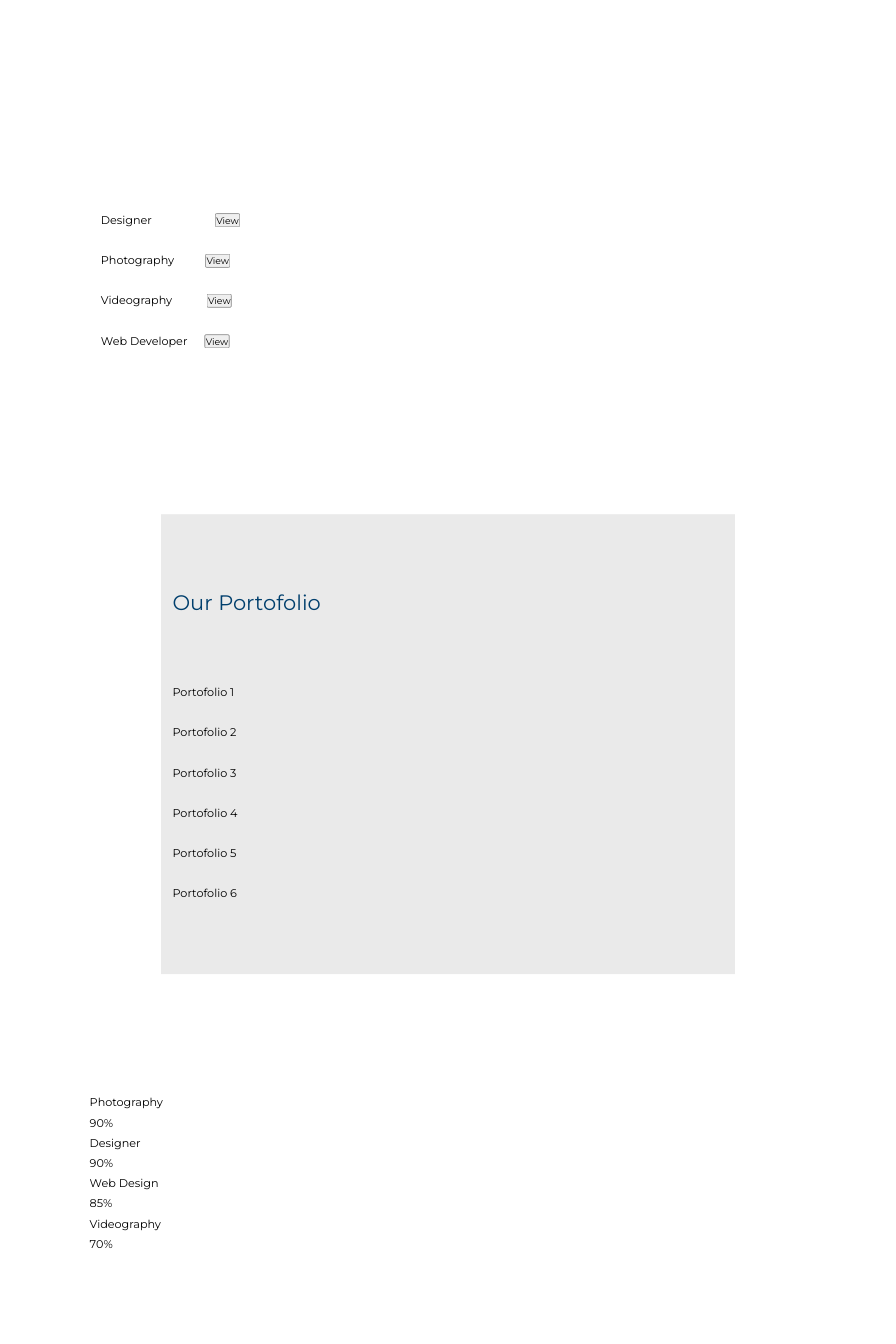
Repository: Ryuzuky07/expweb_movie
Page: HTML/movie1.html
The author's editor kept a copy of each file at every save. The page is drawn from the files as they stood at one save, then again after a run of saves.
The browser window is 1280 px wide. The pictures show the part of the page from y = 892 to 2812 px (the page is 2812 px tall before and 1652 px after), at 70% of full size.
Some web libraries are served in a nearby version.

Above is the page before, as saved 2021-11-26 11:17:24.
Console error: TypeError: Cannot read properties of undefined (reading 'style')
Not found: TempatFoto/girl.jpeg
Not found: TempatFoto/yellow.jpg

After the next 3 saves:
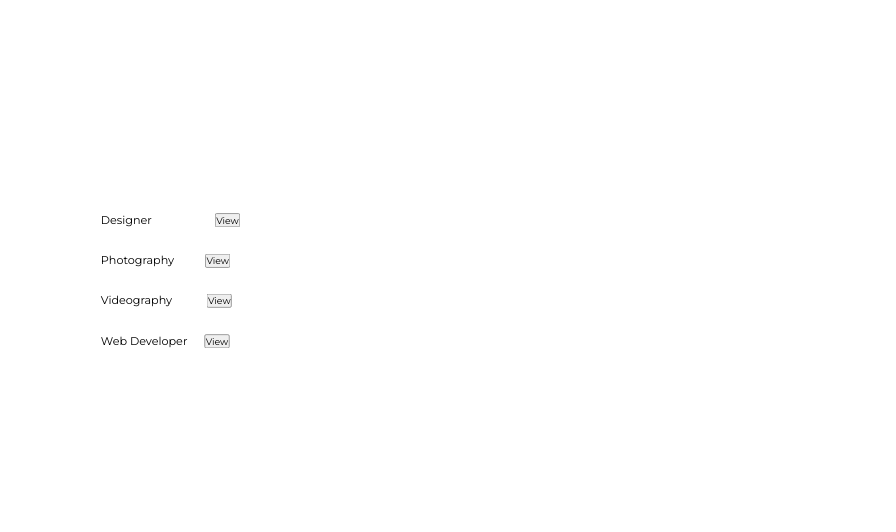
The 3 saves are shown as one change because they came seconds apart.
The last was saved 86 s later.
--- a/HTML/movie1.html
+++ b/HTML/movie1.html
@@ -96,56 +96,6 @@
 
                 </div>
               </section>
-
-
-
-              <!-- Portofolio -->
-              <section >
-                <div class="container" id="about" style="padding: 100px 16px; background-color: #EAEAEA;">
-                <h1 class="exp-center" style="font-size: 30px; font-family: 'Montserrat', sans-serif; font-weight: 400; color: #003F6D;">Our Portofolio</h1>
-                <br> <br>
-
-
-                <div class="porto">
-                  <div class="folio"><img src="/TempatFoto/yellow.jpg" alt=""><p>Portofolio 1</p></div>
-                  <div class="folio"><img src="/TempatFoto/yellow.jpg" alt=""><p>Portofolio 2</p></div>
-                  <div class="folio"><img src="/TempatFoto/yellow.jpg" alt=""><p>Portofolio 3</p></div>
-                </div>
-                <div class="porto">
-                  <div class="folio"><img src="/TempatFoto/yellow.jpg" alt=""><p>Portofolio 4</p></div>
-                  <div class="folio"><img src="/TempatFoto/yellow.jpg" alt=""><p>Portofolio 5</p></div>
-                  <div class="folio"><img src="/TempatFoto/yellow.jpg" alt=""><p>Portofolio 6</p></div>
-                </div>
-              </section>
-
-
-
-
-              <!-- Skill -->
-              <div class="exp-container exp-light-grey exp-padding-64">
-                <h1 style=" font-weight: 500;
-                    margin: 10px 0; text-align: center; color: white;">What We Offer?</h1>
-
-                  <div class="exp-col m6">
-                    <p class="exp-wide">Photography</p>
-                    <div class="exp-grey">
-                      <div class="exp-container exp-dark-grey exp-center" style="width:90%">90%</div>
-                    </div>
-                    <p class="exp-wide">Designer</p>
-                    <div class="exp-grey">
-                      <div class="exp-container exp-dark-grey exp-center" style="width:90%">90%</div>
-                    </div>
-                    <p class="exp-wide">Web Design</p>
-                    <div class="exp-grey">
-                      <div class="exp-container exp-dark-grey exp-center" style="width:85%">85%</div>
-                    </div>
-                    <p class="exp-wide" >Videography</p>
-                    <div class="exp-grey">
-                      <div class="exp-container exp-dark-grey exp-center" style="width:70%">70%</div>
-                    </div>
-                  </div>
-                </div>
-              </div>
         </div>
 
 
